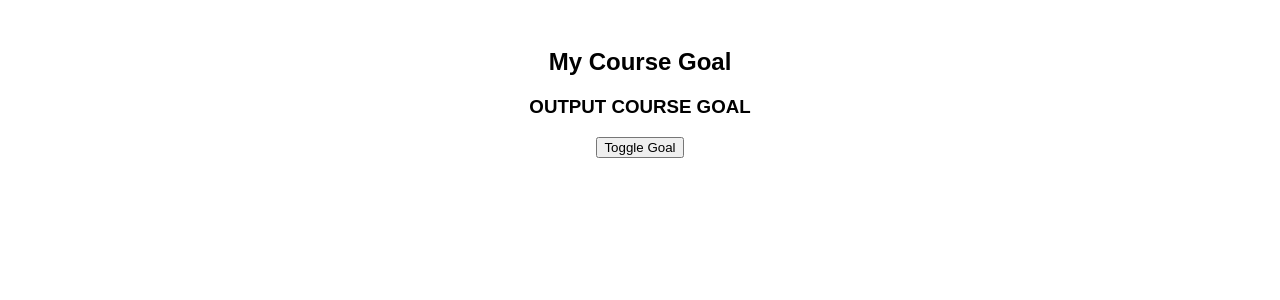
Repository: hanysaadeldeen/Learn-Vue_with_Maximilian
Page: / (app in 18-composition-api/problem-one/)
These files come from the project's save history. The page is drawn as it stood at one moment and after the next save; the edit follows.
The browser window is 1280 px wide. The pictures show the whole page.
The project was rebuilt for these pictures with package versions that can differ from the ones it lists, and the page was loaded fresh each time.

Above is the page before, as saved 2024-02-05 12:15:29.

After the next save:
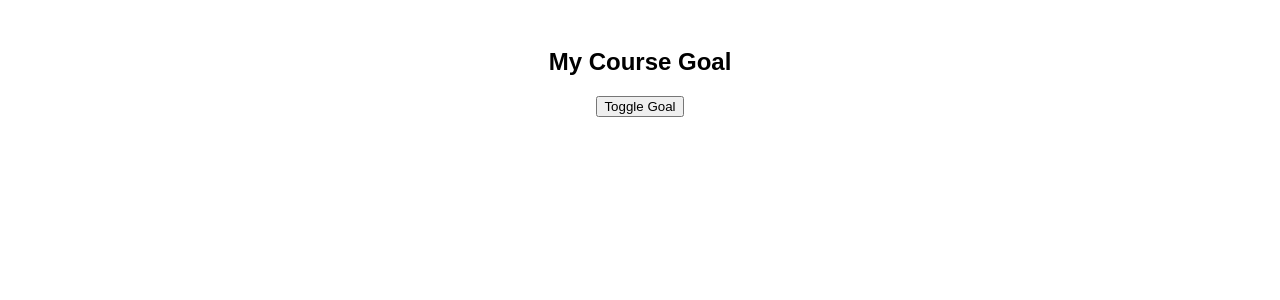
Saved 8 s later.
--- a/18-composition-api/problem-one/src/App.vue
+++ b/18-composition-api/problem-one/src/App.vue
@@ -2,7 +2,7 @@
   <h2>My Course Goal</h2>
   <!-- Task 1: Output your main course goal with help of the composition API -->
   <!-- Don't hardcode it into the template, instead hardcode it into the JS code -->
-  <h3>OUTPUT COURSE GOAL</h3>
+  <h3>{{ goal }}</h3>
   <!-- Task 2: Toggle (show/ hide) the goal with help of the button  -->
   <button>Toggle Goal</button>
   <!-- Task 3: Manage data in three ways -->
